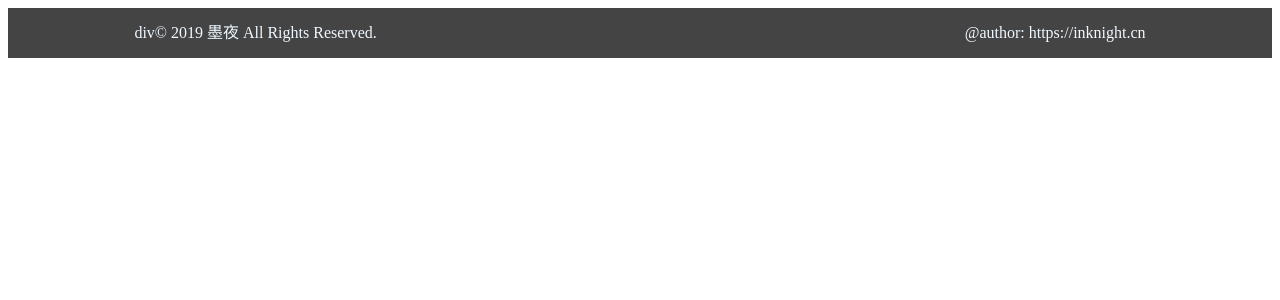
Repository: inkn/Blog
Page: views/_partials/footer.html
An editor plug-in stored every save of this project. The page is shown before and after the next save, followed by the edit.
The browser window is 1280 px wide. The pictures show the whole page.

Above is the page before, as saved 2019-04-11 20:37:06.

### views/_partials/footer.html
<div style="height: 50px;
background-color: #444;color: aliceblue;text-align: center;">
<div style="line-height: 50px;float:left;margin-left: 10%">div© 2019 墨夜 All Rights Reserved.</div>        <div style="float:right;line-height: 50px;margin-right: 10%">@author: https://inknight.cn</div></div>

After the next save:
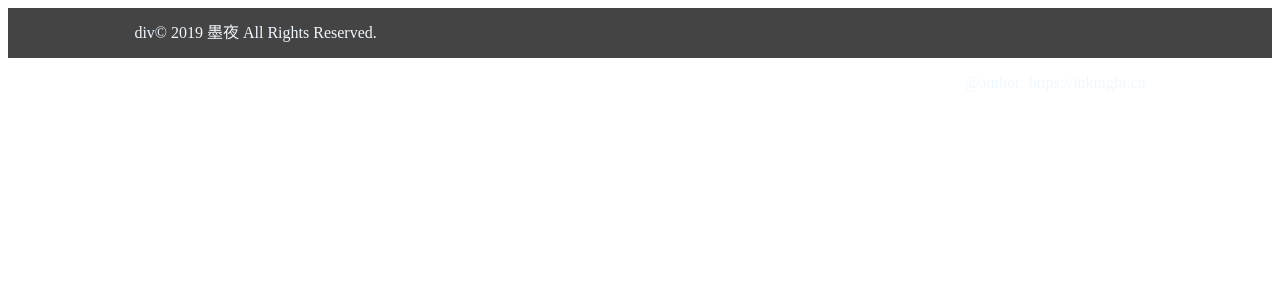
Saved 80 s later.
--- a/views/_partials/footer.html
+++ b/views/_partials/footer.html
@@ -1,3 +1,3 @@
-<div style="height: 50px;
+<div style="height: 50px;line-height: 50px;
 background-color: #444;color: aliceblue;text-align: center;">
-<div style="line-height: 50px;float:left;margin-left: 10%">div© 2019 墨夜 All Rights Reserved.</div>        <div style="float:right;line-height: 50px;margin-right: 10%">@author: https://inknight.cn</div></div>
+<div style="float:left;margin-left: 10%;margin-right:50%;">div© 2019 墨夜 All Rights Reserved.</div>        <a style="float:right;margin-right: 10%">@author: https://inknight.cn</a></div>
